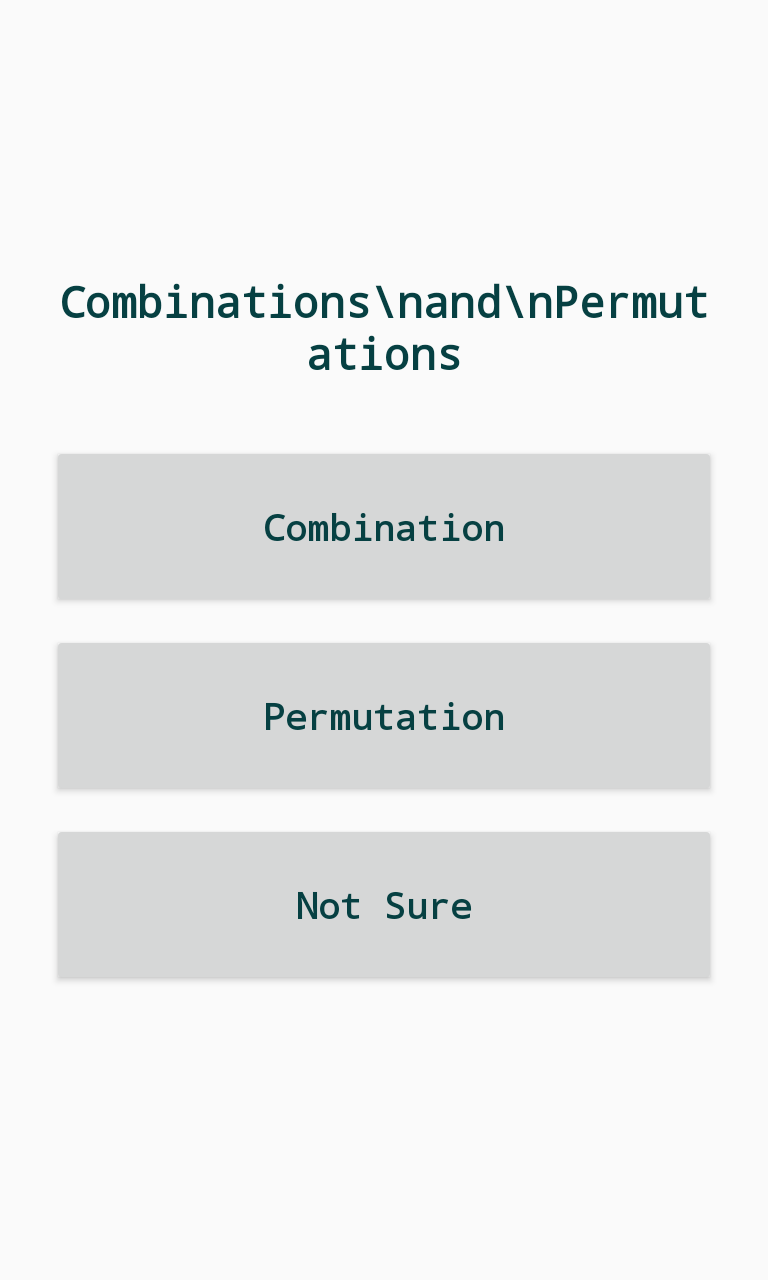
Repository: rontejada1991/Combinations-and-Permutations-Android-App
Layout: combinations/res/layout/activity_main.xml
These files come from the project's save history. The layout is drawn as it stood at one moment and after the next save; the edit follows.
It is drawn on a 768 x 1280 px phone screen (xhdpi) without system bars, with theme AppTheme; the app's code is not run.

Above is the layout before, as saved 2014-11-07 20:45:41.

### combinations/res/layout/activity_main.xml
<LinearLayout xmlns:android="http://schemas.android.com/apk/res/android"
    xmlns:tools="http://schemas.android.com/tools"
    android:layout_width="match_parent"
    android:layout_height="match_parent"
	android:orientation="vertical"
	android:gravity="center"
	android:padding="25dp"
    tools:context="com.silvercloudgames.combinations.MainActivity" >

    <TextView
        android:id="@+id/tv_title"
        style="@style/CodeFont"
        android:layout_width="fill_parent"
        android:text="Combinations\nand\nPermutations"
        android:layout_marginBottom="30dp" />

    <Button
        android:id="@+id/b_comb"
        style="@style/CodeFont.Med"
        android:text="Combination"
        android:padding="30dp"
        android:layout_width="fill_parent"
        android:layout_marginBottom="10dp"
        android:onClick="onBeginPressed" />

    <Button
        android:id="@+id/b_perm"
        style="@style/CodeFont.Med"
        android:text="Permutation"
        android:padding="30dp"
        android:layout_width="fill_parent"
        android:layout_marginBottom="10dp"
        android:onClick="onBeginPressed" />

     <Button
        android:id="@+id/b_not_sure"
        style="@style/CodeFont.Med"
        android:text="Not Sure"
        android:padding="30dp"
        android:layout_width="fill_parent"
        android:layout_marginBottom="10dp"
        android:onClick="onBeginPressed" />


</LinearLayout>

### combinations/res/values/code_font.xml
<?xml version="1.0" encoding="utf-8"?>
<resources xmlns:android="http://schemas.android.com/apk/res/android">

    <style name="CodeFont">
        <item name="android:layout_width">wrap_content</item>
        <item name="android:layout_height">wrap_content</item>
        <item name="android:textColor">#064042</item>
        <item name="android:textStyle">bold</item>
        <item name="android:typeface">monospace</item>
        <item name="android:gravity">center</item>
        <item name="android:textAppearance">@android:style/TextAppearance.Large</item>
    </style>

    <style name="CodeFont.Med">
        <item name="android:textAppearance">@android:style/TextAppearance.Medium</item>
    </style>

    <style name="CodeFont.Italic">
        <item name="android:textStyle">italic</item>
    </style>

</resources>

Loaded but not shown: combinations/res/values/styles.xml (common file); combinations/res/values-v11/styles.xml (common file); combinations/res/values-v14/styles.xml (common file)

After the next save:
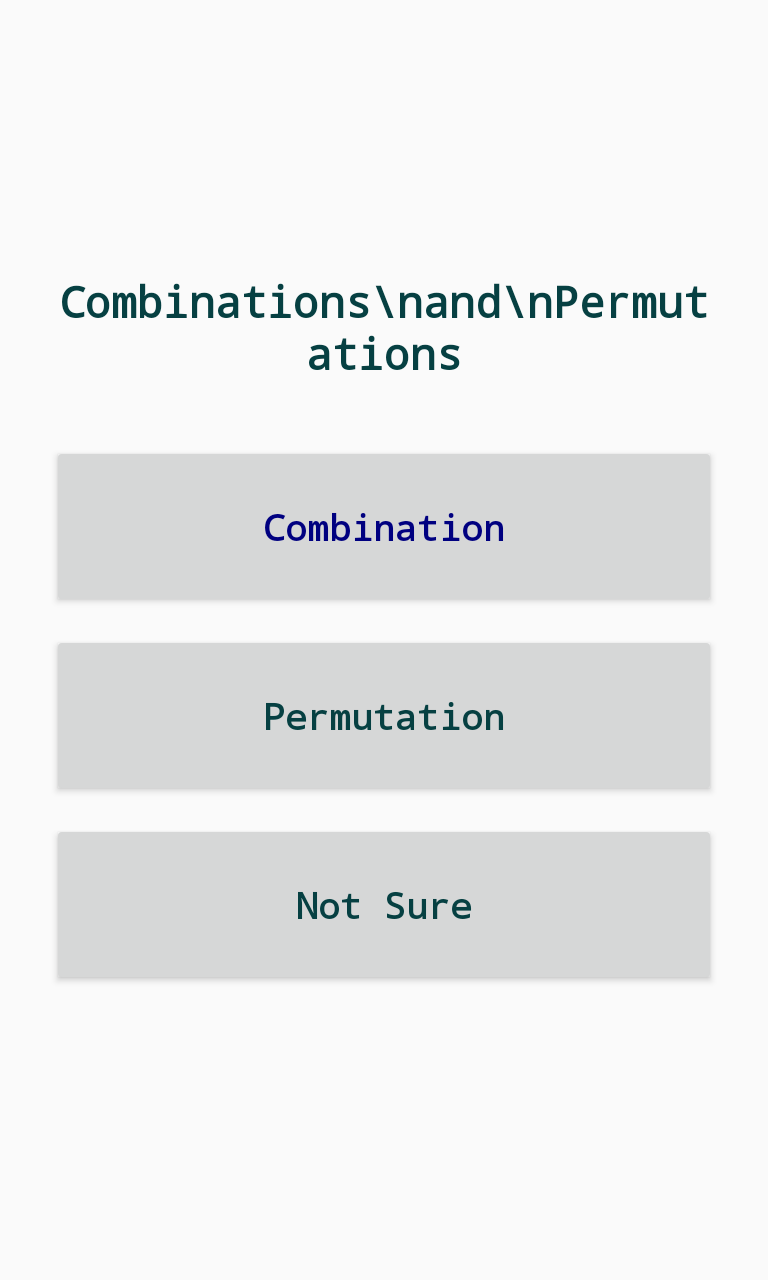
Saved 40 s later.
--- a/combinations/res/layout/activity_main.xml
+++ b/combinations/res/layout/activity_main.xml
@@ -19,6 +19,7 @@
         style="@style/CodeFont.Med"
         android:text="Combination"
         android:padding="30dp"
+        android:textColor="#000080"
         android:layout_width="fill_parent"
         android:layout_marginBottom="10dp"
         android:onClick="onBeginPressed" />
